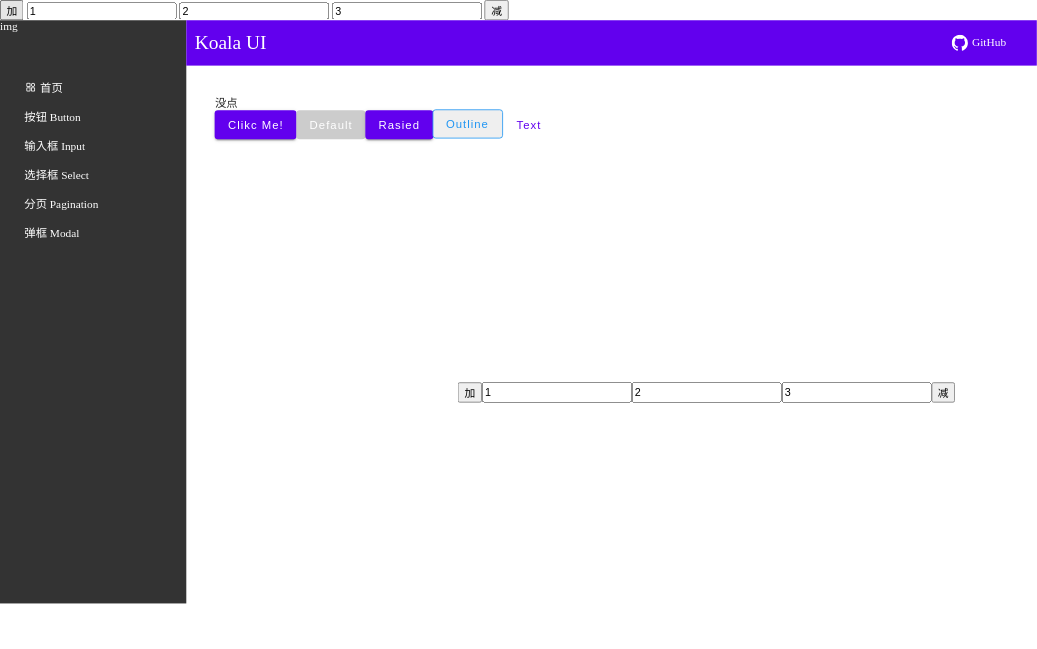
Repository: wyhsunflower/koalaUI
Page: /
The author's editor kept a copy of each file at every save. The page is drawn from the files as they stood at one save, then again after the next save.
The browser window is 1280 px wide. The pictures show the whole page, at 81% of full size.
The project was rebuilt for these pictures with package versions that can differ from the ones it lists, and the page was loaded fresh each time. Also part of the build but not shown: webpack.config.js, src/components/Modal/Modal.vue. Imported but missing from the stored project, and not drawn on this page: src/views/go/go2.vue.

Above is the page before, as saved 2020-03-19 21:34:36.

After the next save:
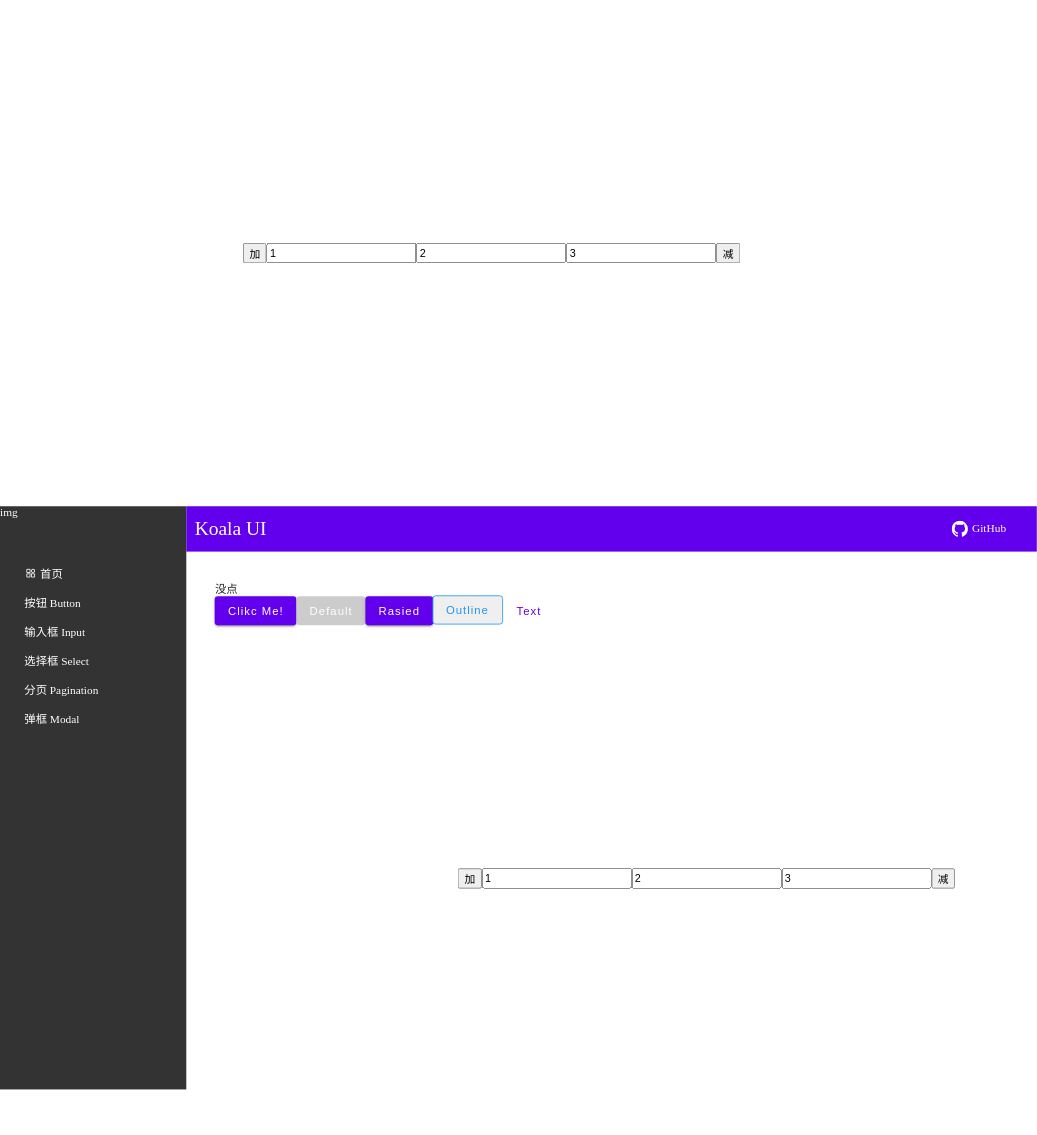
Saved 41 s later.
--- a/index.html
+++ b/index.html
@@ -4,6 +4,13 @@
     <meta charset="UTF-8">
     <title>koala's UI</title>
 </head>
+<style>
+    .time-picker{
+    display: flex;
+    flex-flow: row nowrap;
+    margin:300px;
+}
+</style>
 <body>
     <div class="time-picker">
         <button click="">加</button>
